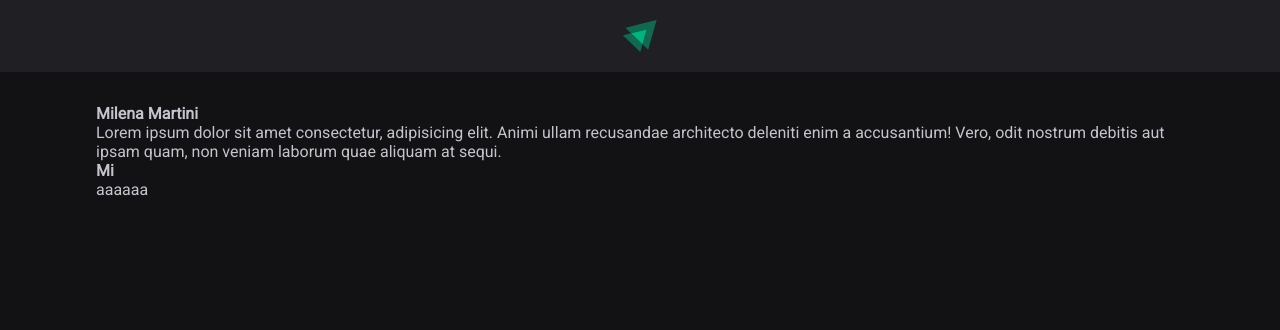
Repository: MilenaMartini/IgniteRckReactJs
Page: /
The author's editor kept a copy of each file at every save. The page is drawn from the files as they stood at one save, then again after the next save.
The browser window is 1280 px wide. The pictures show the whole page.
The project was rebuilt for these pictures with package versions that can differ from the ones it lists, and the page was loaded fresh each time. Also part of the build but not shown: vite.config.js.

Above is the page before, as saved 2023-04-14 16:43:32.

### index.html
<!DOCTYPE html>
<html lang="en">
  <head>
    <meta charset="UTF-8" />
    <link rel="icon" type="image/svg+xml" href="/vite.svg" />
    <meta name="viewport" content="width=device-width, initial-scale=1.0" />
    <link rel="preconnect" href="https://fonts.googleapis.com">
<link rel="preconnect" href="https://fonts.gstatic.com" crossorigin>
<link href="https://fonts.googleapis.com/css2?family=Roboto:ital,wght@0,400;1,700&display=swap" rel="stylesheet">
    <title>Vite + React</title>
  </head>
  <body>
    <div id="root"></div>
    <script type="module" src="/src/main.jsx"></script>
  </body>
</html>

### src/App.jsx
//paginas e componentes
import { Post } from "./Post"
import {Header} from "./components/Header"

//estilos
import "./Global.css"
import styles from "./App.module.css"

function App() {

  return (
    <div>
    <Header  />

    <div className={styles.wrapper}>
      <aside></aside>
      <main>
          <Post
            author="Milena Martini"
            content="Lorem ipsum dolor sit amet consectetur, adipisicing elit. Animi ullam recusandae architecto deleniti enim a accusantium! Vero, odit nostrum debitis aut ipsam quam, non veniam laborum quae aliquam at sequi."
          />

          <Post
              author="Mi"
              content="aaaaaa"
          />
      </main>
    </div>
   </div>
  )
}
export default App

### src/Post.jsx
export function Post(props) {
  return (
  <div>
    <strong>{props.author}</strong>
    <p>{props.content}</p>
  </div>
    )
}

### src/components/Header.jsx
import React from "react";
import Style from './Header.module.css';
import igniteLogo from '../assets/ignite-logo.svg';

export function Header() {
  return(
  <header className={Style.header}>
    <img src={igniteLogo} alt="Logotipo"/>
  </header>

  );
}

### src/Global.css
:root {
  --white: #ffffff;
  --gray-100: #e1e1e6;
  --gray-300: #c4c4cc;
  --gray-400: #8d8d99;
  --gray-600: #323238;
  --gray-700: #29292e;
  --gray-800: #202024;
  --gray-900: #121214;

  --green-500: #00875f;

}

*{
  margin: 0;
  padding: 0;
  box-sizing: border-box;
}

body{
  background: var(--gray-900);
  color: var(--gray-300);
  -webkit-font-smoothing: antialised;
}

body, input, textarea, button {
  font-family: 'Roboto', sans-serif;
  font-weight: 400;
  font-size: 1rem;
}

### src/App.module.css
.wrapper {
  max-width: 70rem;
  margin: 2rem auto;
  padding: 0 1rem;

  display: grid;
  grid-template-columns: ;
}

### src/components/Header.module.css
.header{
    background: var(--gray-800);
    display: flex;
    justify-content: center;
    padding: 1.25rem 0;
}

.header img {
    height: 2rem;
}

Loaded but not shown: src/main.jsx (common file)

After the next save:
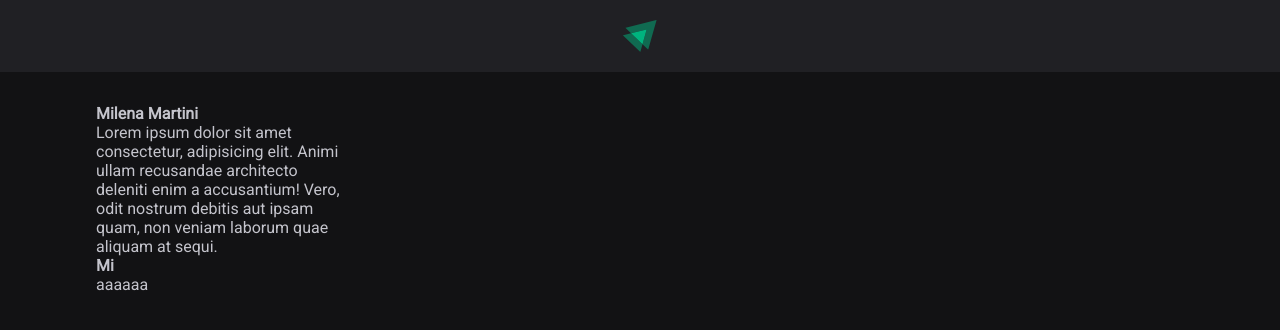
Saved 4 s later.
--- a/src/App.module.css
+++ b/src/App.module.css
@@ -4,5 +4,5 @@
   padding: 0 1rem;
 
   display: grid;
-  grid-template-columns: ;
+  grid-template-columns: 256px;
 }
